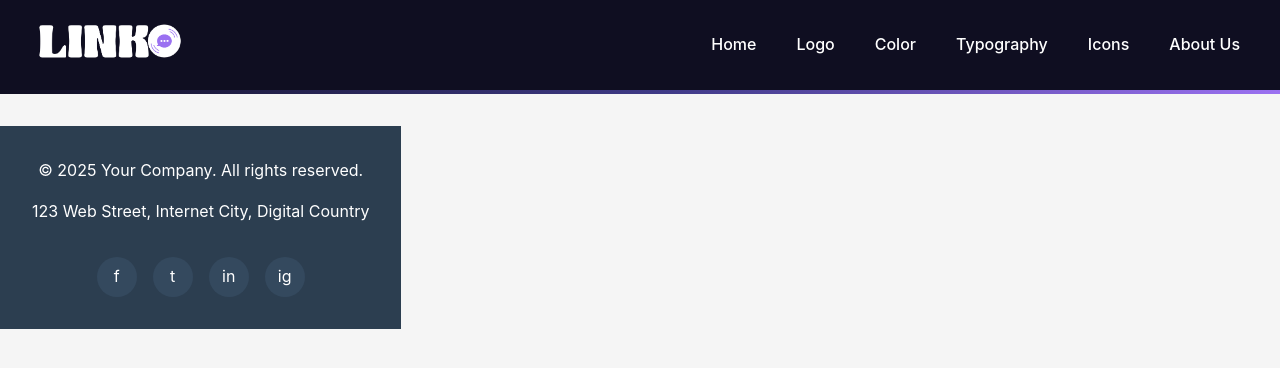
Repository: primcharlin/LINKO-A5Styleguide
Page: index.html
The author's editor kept a copy of each file at every save. The page is drawn from the files as they stood at one save, then again after the next save.
The browser window is 1280 px wide. The pictures show the whole page.

Above is the page before, as saved 2025-04-10 16:25:21.

After the next save:
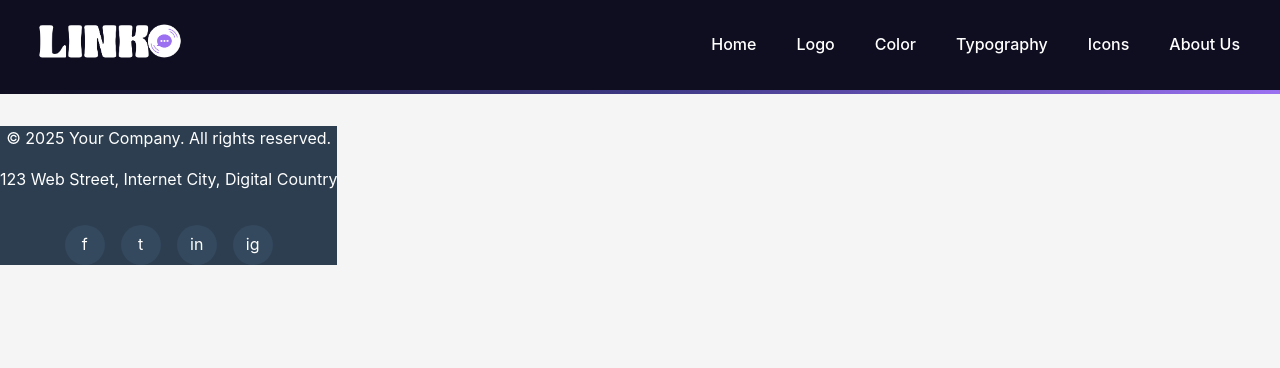
Saved 27 s later.
--- a/styles.css
+++ b/styles.css
@@ -157,7 +157,7 @@ main {
 footer {
     background-color: #2c3e50;
     color: white;
-    padding: 2rem;
+    /*padding: 2rem;*/
     text-align: center;
     display: flex;
     flex-direction: column;
